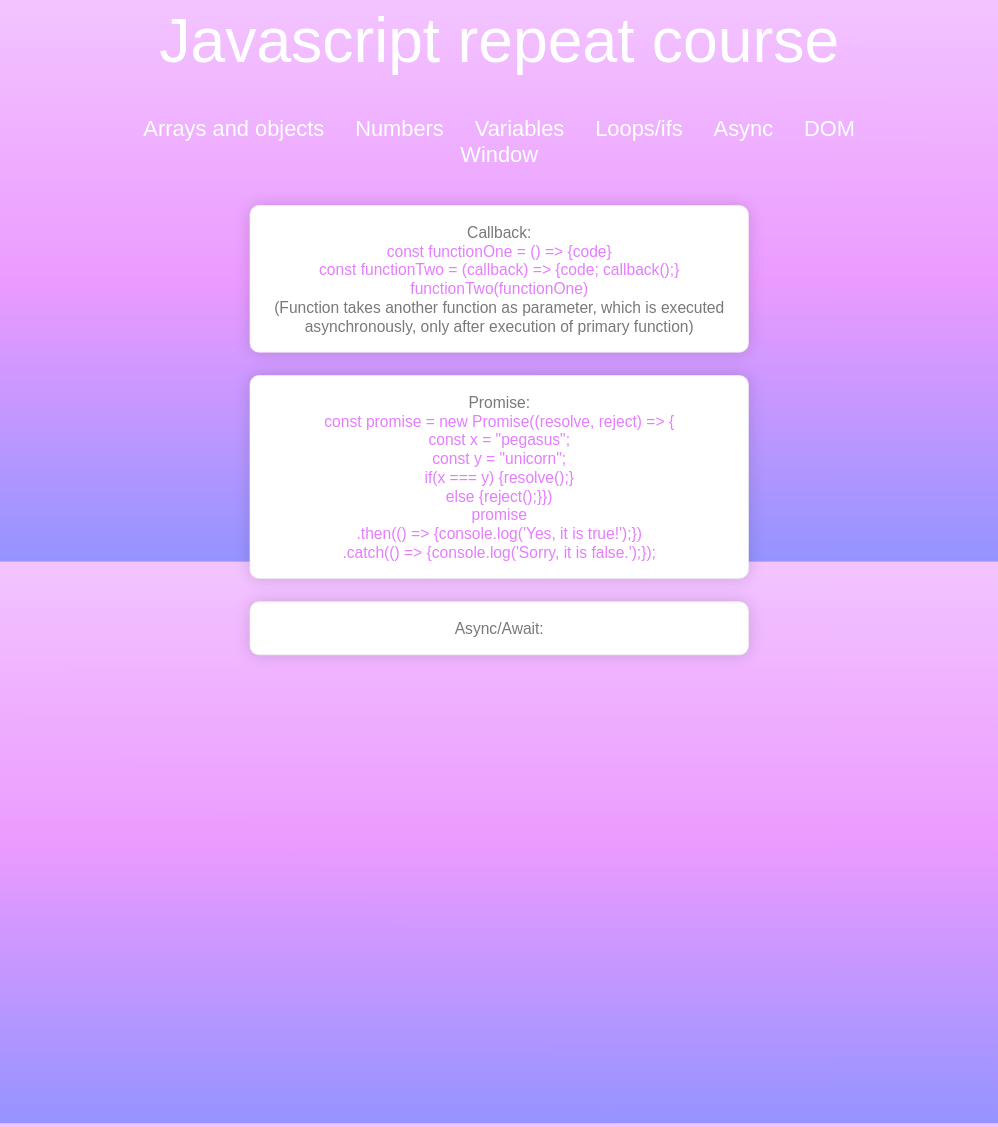
Repository: michalgornicki/javascript
Page: /#/Async
An editor plug-in stored every save of this project. The page is shown before and after the next save, followed by the edit.
The browser window is 1280 px wide. The pictures show the whole page, at 78% of full size.
Backgrounds fixed to the window are drawn as part of the page. The project was rebuilt for these pictures with package versions that can differ from the ones it lists, and the page was loaded fresh each time. Also part of the build but not shown: src/index.css, src/components/arrays.jsx, src/components/variables.jsx, src/components/numbers.jsx, src/components/loops.jsx, src/components/DOM manipulation.jsx, src/components/window.jsx.

Above is the page before, as saved 2022-02-04 12:51:22.

### src/App.jsx
import React from "react";
import "./App.css";
import "bootstrap/dist/css/bootstrap.min.css";
import { Route, HashRouter as Router, Routes, Link } from "react-router-dom";
import Arrays from "./components/arrays.jsx"
import Variables from "./components/variables.jsx"
import Numbers from "./components/numbers.jsx"
import Loops from "./components/loops.jsx"
import Async from "./components/async.jsx"
import DOM from "./components/DOM manipulation.jsx"
import Window from "./components/window.jsx"

function App() {


  return (


    <Router>
    <div className="text-center">
      <div className="display-1 mt-1 mb-5 text-white">Javascript repeat course</div>

      <div className="h3 d-flex w-75 m-auto my-5 justify-content-evenly flex-wrap text-white">

      <Link className="link-style mx-3" to="/">Arrays and objects</Link>
      <Link className="link-style mx-3" to="/Numbers">Numbers</Link>
      <Link className="link-style mx-3" to="/Variables">Variables</Link>
      <Link className="link-style mx-3" to="/Loops">Loops/ifs</Link>
      <Link className="link-style mx-3" to="/Async">Async</Link>
      <Link className="link-style mx-3" to="/DOM">DOM</Link>
      <Link className="link-style mx-3" to="/Window">Window</Link>


      </div>

      <Routes>
          <Route path="/" element={<Arrays />} />
          <Route path="/Numbers" element={<Numbers />} />
          <Route path="/Variables" element={<Variables />} />
          <Route path="/Loops" element={<Loops />} />
          <Route path="/Async" element={<Async />} />
          <Route path="/DOM" element={<DOM />} />
          <Route path="/Window" element={<Window />} />
        </Routes>


    </div>
    </Router>
  );
}

export default App;

### src/App.css
body{
    font-family: Arial, Helvetica, sans-serif!important;
    overflow-x: hidden;
    padding-bottom: 80vh;
    height: auto;
    background: linear-gradient(rgb(243, 196, 255), rgb(235, 155, 255), rgb(149, 147, 255));
    background-attachment: fixed;
}

.js-item{
    color:rgb(121, 121, 121);
    background-color: white;
    transition: 0.2s;
    padding: 3vh;
    margin-bottom: 4vh!important;
    border: 1px solid rgb(240, 240, 240);
    width: 50%;
    margin-left: auto;
    margin-right: auto;
    box-shadow: 0px 0px 20px rgba(0, 0, 0, 0.15);
    border-radius: 0.75rem;
}

.js-item:hover{
    cursor: pointer;
    background-color: rgb(240, 240, 240);
}

.text-pink{
    color:rgb(229, 125, 255)!important;
}

.link-style{
    color: inherit;
    text-decoration: inherit;
}

.link-style:hover{
    color: rgb(229, 125, 255);
}

@media only screen and (max-device-width: 600px), (max-width: 600px) {

    .js-item{
        width: 95%;
    }

}

### src/components/async.jsx
const Async = () => {
  const functionOne = () => {
    console.log("aaa");
  };
  const functionTwo = (callback) => {
    console.log("bbb");
    callback();
  };
  functionTwo(functionOne);

  return (
    <div className="">
      <div className="js-item h5">
        {" "}
        <span className="">Callback: </span> <br />
        <span className="text-pink">{`const functionOne = () => {code}`}</span> <br />
        <span className="text-pink">{`const functionTwo = (callback) => {code; callback();}`}</span> <br />
        <span className="text-pink">{`functionTwo(functionOne)`}</span> <br /> (Function takes another function as parameter, which is executed asynchronously, only after execution of primary function)
      </div>
      <div className="js-item h5">
        {" "}
        <span className="">Promise: </span> <br />
        <span className="text-pink">{`const promise = new Promise((resolve, reject) => {`}</span> <br />
        <span className="text-pink">{`const x = "pegasus";`}</span> <br />
        <span className="text-pink">{`const y = "unicorn";`}</span> <br />
        <span className="text-pink">{` if(x === y) {resolve();}`}</span> <br />
        <span className="text-pink">{` else {reject();}})`}</span> <br />
        <span className="text-pink">{`promise`}</span> <br />
        <span className="text-pink">{`.then(() => {console.log('Yes, it is true!');})`}</span> <br />
        <span className="text-pink">{`.catch(() => {console.log('Sorry, it is false.');});`}</span> <br />
      </div>
      <div className="js-item h5">
        {" "}
        <span className="">Async/Await: </span> <br />

      </div>
    </div>
  );
};

export default Async;

Loaded but not shown: public/index.html (common file); src/index.js (common file); src/reportWebVitals.js (common file)

After the next save:
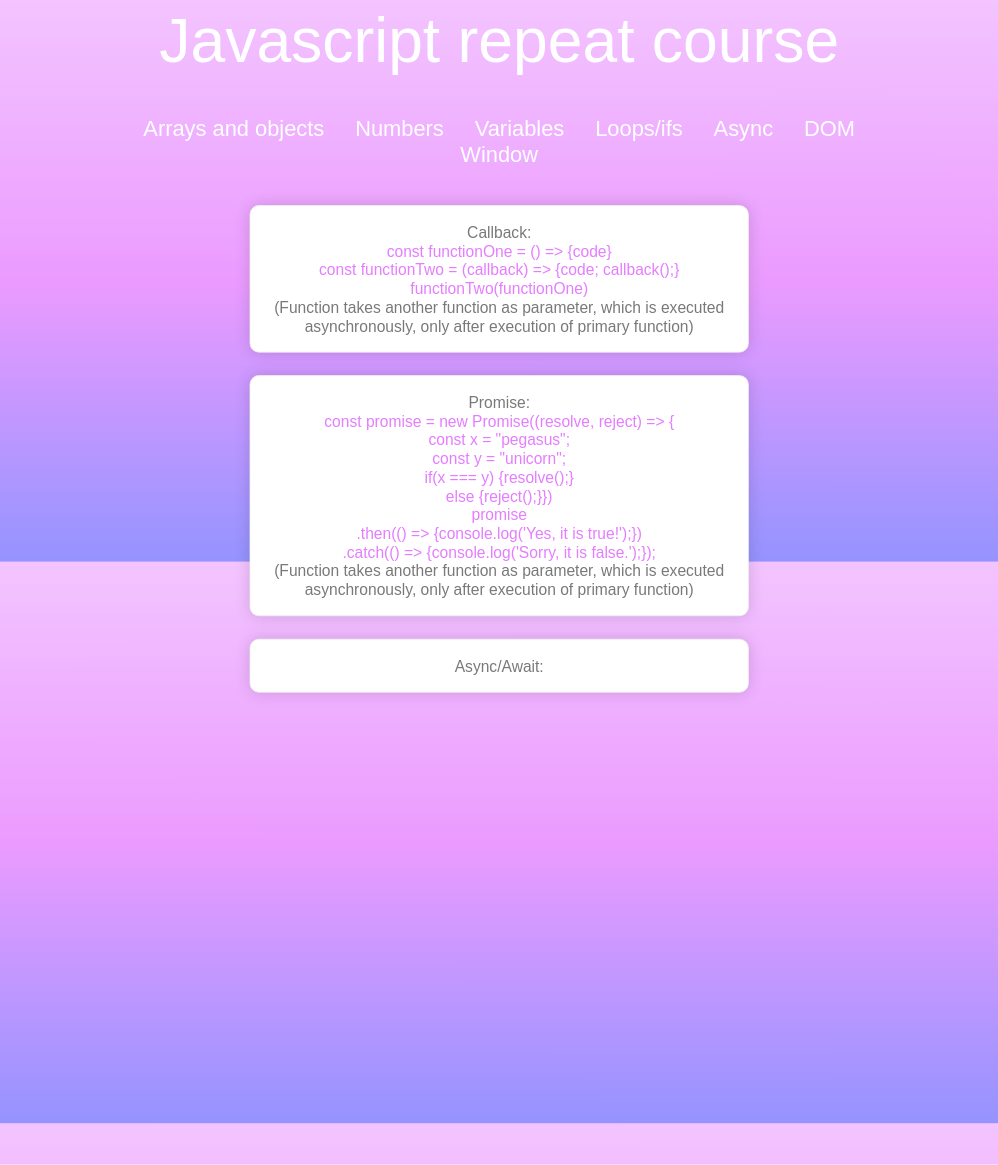
Saved 47 s later.
--- a/src/components/async.jsx
+++ b/src/components/async.jsx
@@ -28,6 +28,7 @@ const Async = () => {
         <span className="text-pink">{`promise`}</span> <br />
         <span className="text-pink">{`.then(() => {console.log('Yes, it is true!');})`}</span> <br />
         <span className="text-pink">{`.catch(() => {console.log('Sorry, it is false.');});`}</span> <br />
+        (Function takes another function as parameter, which is executed asynchronously, only after execution of primary function)
       </div>
       <div className="js-item h5">
         {" "}
